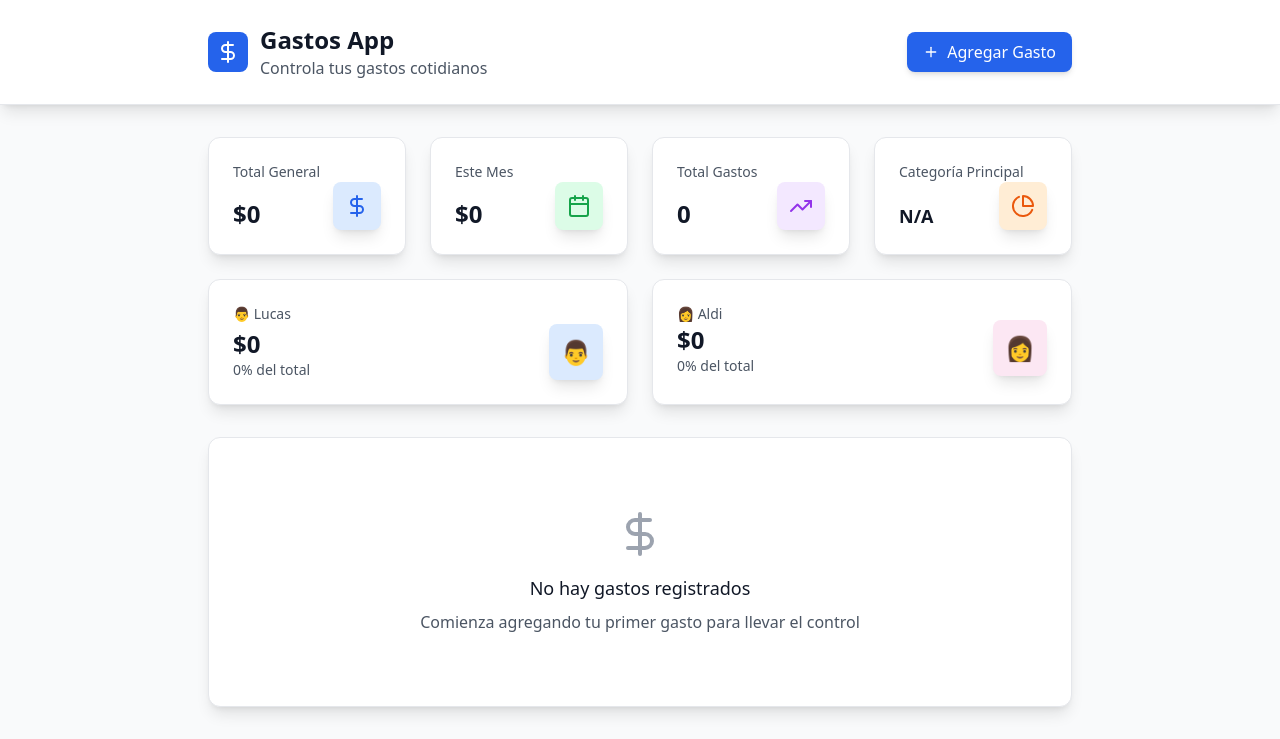
Repository: lucastenaglia/Gastosapp
Page: /
An editor plug-in stored every save of this project. The page is shown before and after the next save, followed by the edit.
The browser window is 1280 px wide. The pictures show the whole page.
The page's requests for data from a server got no answer. The project was rebuilt for these pictures with package versions that can differ from the ones it lists, and the page was loaded fresh each time. No one was signed in, and anything a server would have sent is missing. Also part of the build but not shown: vite.config.js, src/components/ExpenseForm.jsx.

Above is the page before, as saved 2025-08-03 21:36:50.

### index.html
<!DOCTYPE html>
<html lang="es">
  <head>
    <meta charset="UTF-8" />
    <link rel="icon" type="image/svg+xml" href="data:[embedded picture, 125 characters]" />
    <meta name="viewport" content="width=device-width, initial-scale=1.0" />
    <title>Gastos App - Control de Gastos Cotidianos</title>
  </head>
  <body>
    <div id="root"></div>
    <script type="module" src="/src/main.jsx"></script>
  </body>
</html>

### src/App.jsx
import { useState, useEffect } from 'react'
import Header from './components/Header'
import ExpenseForm from './components/ExpenseForm'
import ExpenseList from './components/ExpenseList'
import ExpenseSummary from './components/ExpenseSummary'
import { getExpenses, addExpense, updateExpense, deleteExpense } from './services/expenseService'

function App() {
  const [expenses, setExpenses] = useState([])
  const [isFormOpen, setIsFormOpen] = useState(false)
  const [loading, setLoading] = useState(true)
  const [error, setError] = useState(null)

  // Cargar gastos al iniciar la aplicación
  useEffect(() => {
    loadExpenses()
  }, [])

  // Cerrar modal con Escape
  useEffect(() => {
    const handleEscape = (e) => {
      if (e.key === 'Escape' && isFormOpen) {
        setIsFormOpen(false)
      }
    }

    document.addEventListener('keydown', handleEscape)
    return () => document.removeEventListener('keydown', handleEscape)
  }, [isFormOpen])

  const loadExpenses = async () => {
    try {
      setLoading(true)
      const data = await getExpenses()
      setExpenses(data)
      setError(null)
    } catch (err) {
      setError('Error al cargar los gastos')
      console.error(err)
    } finally {
      setLoading(false)
    }
  }

  const handleAddExpense = async (expense) => {
    try {
      const newExpense = await addExpense(expense)
      setExpenses([newExpense, ...expenses])
      setIsFormOpen(false)
    } catch (err) {
      setError('Error al agregar el gasto')
      console.error(err)
    }
  }

  const handleDeleteExpense = async (id) => {
    try {
      await deleteExpense(id)
      setExpenses(expenses.filter(expense => expense.id !== id))
    } catch (err) {
      setError('Error al eliminar el gasto')
      console.error(err)
    }
  }

  const handleEditExpense = async (id, updatedExpense) => {
    try {
      const updated = await updateExpense(id, updatedExpense)
      setExpenses(expenses.map(expense =>
        expense.id === id ? updated : expense
      ))
    } catch (err) {
      setError('Error al actualizar el gasto')
      console.error(err)
    }
  }

  return (
    <div className="min-h-screen bg-gray-50">
      <Header onAddExpense={() => setIsFormOpen(true)} />

      <main className="container mx-auto px-4 py-8 max-w-4xl">
        {error && (
          <div className="bg-red-100 border border-red-400 text-red-700 px-4 py-3 rounded mb-6">
            {error}
          </div>
        )}

        <ExpenseSummary expenses={expenses} />

        <div className="mt-8">
          <ExpenseList
            expenses={expenses}
            onDelete={handleDeleteExpense}
            onEdit={handleEditExpense}
            loading={loading}
          />
        </div>
      </main>

      {/* Modal Overlay */}
      {isFormOpen && (
        <div
          className="fixed inset-0 bg-black bg-opacity-50 flex items-center justify-center z-50 p-4 animate-in fade-in duration-200"
          onClick={() => setIsFormOpen(false)}
        >
          <div
            className="bg-white rounded-xl shadow-2xl max-w-md w-full mx-4 max-h-[90vh] overflow-y-auto animate-in zoom-in-95 duration-200"
            onClick={(e) => e.stopPropagation()}
          >
            <ExpenseForm
              onSubmit={handleAddExpense}
              onCancel={() => setIsFormOpen(false)}
            />
          </div>
        </div>
      )}
    </div>
  )
}

export default App

### src/index.css
@tailwind base;
@tailwind components;
@tailwind utilities;

@layer base {
  body {
    @apply bg-gray-50 text-gray-900;
  }
}

@layer components {
                .btn-primary {
                @apply bg-primary-600 hover:bg-primary-700 text-white font-medium py-2 px-4 rounded-lg transition-all duration-300 shadow-md hover:shadow-lg hover:-translate-y-0.5 transform;
              }

              .btn-secondary {
                @apply bg-gray-200 hover:bg-gray-300 text-gray-800 font-medium py-2 px-4 rounded-lg transition-all duration-300 shadow-md hover:shadow-lg hover:-translate-y-0.5 transform;
              }

                .input-field {
                @apply w-full px-3 py-2 border border-gray-300 rounded-lg focus:outline-none focus:ring-2 focus:ring-primary-500 focus:border-transparent shadow-sm focus:shadow-md transition-all duration-300;
              }

                            .card {
                @apply bg-white rounded-xl shadow-lg border border-gray-200 p-6 transform transition-all duration-300 hover:shadow-2xl hover:-translate-y-1;
              }

              .modal-enter {
                @apply opacity-0 scale-95;
              }

              .modal-enter-active {
                @apply opacity-100 scale-100 transition-all duration-200 ease-out;
              }

              .modal-exit {
                @apply opacity-100 scale-100;
              }

              .modal-exit-active {
                @apply opacity-0 scale-95 transition-all duration-200 ease-in;
              }
}

### src/components/Header.jsx
import { Plus, DollarSign } from 'lucide-react'

const Header = ({ onAddExpense }) => {
  return (
                    <header className="bg-white shadow-lg border-b border-gray-200">
      <div className="container mx-auto px-4 py-6 max-w-4xl">
        <div className="flex items-center justify-between">
          <div className="flex items-center space-x-3">
            <div className="bg-primary-600 p-2 rounded-lg">
              <DollarSign className="h-6 w-6 text-white" />
            </div>
            <div>
              <h1 className="text-2xl font-bold text-gray-900">Gastos App</h1>
              <p className="text-gray-600">Controla tus gastos cotidianos</p>
            </div>
          </div>

          <button
            onClick={onAddExpense}
            className="btn-primary flex items-center space-x-2"
          >
            <Plus className="h-4 w-4" />
            <span>Agregar Gasto</span>
          </button>
        </div>
      </div>
    </header>
  )
}

export default Header

### src/components/ExpenseList.jsx
import { useState } from 'react'
import { Trash2, Edit, Calendar, DollarSign } from 'lucide-react'

const ExpenseList = ({ expenses, onDelete, onEdit, loading }) => {
  const [editingId, setEditingId] = useState(null)
  const [editForm, setEditForm] = useState({})

  const categoryIcons = {
    comida: '🍽️',
    super: '🛒',
    auto: '🚗',
    entretenimiento: '🎮',
    salud: '💊',
    ropa: '👕',
    hogar: '🏠',
    otros: '📦'
  }

  const categoryColors = {
    comida: 'bg-orange-100 text-orange-800',
    super: 'bg-red-100 text-red-800',
    auto: 'bg-blue-100 text-blue-800',
    entretenimiento: 'bg-purple-100 text-purple-800',
    salud: 'bg-green-100 text-green-800',
    ropa: 'bg-pink-100 text-pink-800',
    hogar: 'bg-yellow-100 text-yellow-800',
    otros: 'bg-gray-100 text-gray-800'
  }

  const handleEdit = (expense) => {
    setEditingId(expense.id)
    setEditForm({
      description: expense.description,
      amount: expense.amount.toString(),
      category: expense.category,
      person: expense.person || 'lucas',
      date: expense.date
    })
  }

  const handleSaveEdit = (id) => {
    onEdit(id, {
      ...editForm,
      amount: parseFloat(editForm.amount)
    })
    setEditingId(null)
    setEditForm({})
  }

  const handleCancelEdit = () => {
    setEditingId(null)
    setEditForm({})
  }

  const formatDate = (dateString) => {
    const date = new Date(dateString)
    return date.toLocaleDateString('es-ES', {
      year: 'numeric',
      month: 'short',
      day: 'numeric'
    })
  }

  if (loading) {
    return (
      <div className="card">
        <div className="text-center py-12">
          <div className="animate-spin rounded-full h-12 w-12 border-b-2 border-primary-600 mx-auto mb-4"></div>
          <h3 className="text-lg font-medium text-gray-900 mb-2">
            Cargando gastos...
          </h3>
          <p className="text-gray-600">
            Conectando con la base de datos
          </p>
        </div>
      </div>
    )
  }

  if (expenses.length === 0) {
    return (
      <div className="card">
        <div className="text-center py-12">
          <DollarSign className="h-12 w-12 text-gray-400 mx-auto mb-4" />
          <h3 className="text-lg font-medium text-gray-900 mb-2">
            No hay gastos registrados
          </h3>
          <p className="text-gray-600">
            Comienza agregando tu primer gasto para llevar el control
          </p>
        </div>
      </div>
    )
  }

  return (
    <div className="card">
      <h2 className="text-xl font-semibold text-gray-900 mb-6">
        Historial de Gastos
      </h2>

      <div className="space-y-3">
        {expenses.map(expense => (
          <div key={expense.id} className="border border-gray-200 rounded-lg p-3 sm:p-4 bg-white shadow-md hover:shadow-xl hover:-translate-y-1 transform transition-all duration-300">
            {editingId === expense.id ? (
              <div className="space-y-3">
                <input
                  type="text"
                  value={editForm.description}
                  onChange={(e) => setEditForm({...editForm, description: e.target.value})}
                  className="input-field"
                />
                <div className="grid grid-cols-1 sm:grid-cols-2 gap-3">
                  <input
                    type="number"
                    value={editForm.amount}
                    onChange={(e) => setEditForm({...editForm, amount: e.target.value})}
                    className="input-field"
                    step="1"
                    min="0"
                  />
                  <select
                    value={editForm.category}
                    onChange={(e) => setEditForm({...editForm, category: e.target.value})}
                    className="input-field"
                  >
                    <option value="comida">🍽️ Comida</option>
                    <option value="super">🛒 Super</option>
                    <option value="auto">🚗 Auto</option>
                    <option value="entretenimiento">🎮 Entretenimiento</option>
                    <option value="salud">💊 Salud</option>
                    <option value="ropa">👕 Ropa</option>
                    <option value="hogar">🏠 Hogar</option>
                    <option value="otros">📦 Otros</option>
                  </select>
                </div>
                <div className="grid grid-cols-1 sm:grid-cols-2 gap-3">
                  <select
                    value={editForm.person}
                    onChange={(e) => setEditForm({...editForm, person: e.target.value})}
                    className="input-field"
                  >
                    <option value="lucas">👨 Lucas</option>
                    <option value="aldi">👩 Aldi</option>
                  </select>
                  <input
                    type="date"
                    value={editForm.date}
                    onChange={(e) => setEditForm({...editForm, date: e.target.value})}
                    className="input-field"
                  />
                </div>
                <div className="flex space-x-2">
                  <button
                    onClick={() => handleSaveEdit(expense.id)}
                    className="btn-primary text-sm flex-1"
                  >
                    Guardar
                  </button>
                  <button
                    onClick={handleCancelEdit}
                    className="btn-secondary text-sm flex-1"
                  >
                    Cancelar
                  </button>
                </div>
              </div>
            ) : (
              <div className="space-y-3">
                {/* Header con icono, descripción y monto */}
                <div className="flex items-start justify-between">
                  <div className="flex items-center space-x-3 flex-1 min-w-0">
                    <div className={`p-2 rounded-lg flex-shrink-0 ${categoryColors[expense.category]}`}>
                      <span className="text-lg">{categoryIcons[expense.category]}</span>
                    </div>

                    <div className="flex-1 min-w-0">
                      <h3 className="font-medium text-gray-900 truncate">
                        {expense.description}
                      </h3>
                      <div className="flex items-center space-x-2 text-sm text-gray-600 mt-1">
                        <span className="flex items-center space-x-1">
                          <Calendar className="h-3 w-3" />
                          <span className="hidden sm:inline">{formatDate(expense.date)}</span>
                          <span className="sm:hidden">{new Date(expense.date).toLocaleDateString('es-ES', { day: '2-digit', month: '2-digit' })}</span>
                        </span>
                        <span className="hidden sm:inline">•</span>
                        <span className="capitalize text-xs sm:text-sm">{expense.category}</span>
                      </div>
                    </div>
                  </div>

                  <div className="flex items-center space-x-2 flex-shrink-0">
                    <span className="text-lg font-semibold text-gray-900">
                      ${expense.amount}
                    </span>

                    <div className="flex space-x-1">
                      <button
                        onClick={() => handleEdit(expense)}
                        className="p-1 text-gray-400 hover:text-blue-600 transition-colors"
                        title="Editar"
                      >
                        <Edit className="h-4 w-4" />
                      </button>
                      <button
                        onClick={() => onDelete(expense.id)}
                        className="p-1 text-gray-400 hover:text-red-600 transition-colors"
                        title="Eliminar"
                      >
                        <Trash2 className="h-4 w-4" />
                      </button>
                    </div>
                  </div>
                </div>

                {/* Información adicional en móvil */}
                <div className="sm:hidden flex items-center justify-between text-sm text-gray-600 border-t pt-2">
                  <span className="flex items-center space-x-1">
                    <span>{expense.person === 'lucas' ? '👨' : '👩'}</span>
                    <span className="capitalize">{expense.person || 'lucas'}</span>
                  </span>
                  <span className="text-xs">
                    {new Date(expense.date).toLocaleDateString('es-ES', { year: 'numeric' })}
                  </span>
                </div>
              </div>
            )}
          </div>
        ))}
      </div>
    </div>
  )
}

export default ExpenseList

### src/components/ExpenseSummary.jsx
import { TrendingUp, Calendar, DollarSign, PieChart } from 'lucide-react'

const ExpenseSummary = ({ expenses }) => {
  const totalExpenses = expenses.reduce((sum, expense) => sum + expense.amount, 0)

  const today = new Date()
  const thisMonth = today.getMonth()
  const thisYear = today.getFullYear()

  const monthlyExpenses = expenses.filter(expense => {
    const expenseDate = new Date(expense.date)
    return expenseDate.getMonth() === thisMonth && expenseDate.getFullYear() === thisYear
  })

  const monthlyTotal = monthlyExpenses.reduce((sum, expense) => sum + expense.amount, 0)

  const categoryTotals = expenses.reduce((acc, expense) => {
    acc[expense.category] = (acc[expense.category] || 0) + expense.amount
    return acc
  }, {})

  const topCategory = Object.entries(categoryTotals).sort(([,a], [,b]) => b - a)[0]

  // Estadísticas por persona
  const personTotals = expenses.reduce((acc, expense) => {
    const person = expense.person || 'lucas'
    acc[person] = (acc[person] || 0) + expense.amount
    return acc
  }, {})

  const lucasTotal = personTotals.lucas || 0
  const aldiTotal = personTotals.aldi || 0

  const formatCurrency = (amount) => {
    return `$${Math.round(amount).toLocaleString('en-US')}`
  }

  return (
    <div className="space-y-4 sm:space-y-6">
      {/* Primera fila - Estadísticas generales */}
      <div className="grid grid-cols-2 lg:grid-cols-4 gap-3 sm:gap-6">
                 {/* Total General */}
         <div className="card relative p-4 sm:p-6">
           <div>
             <p className="text-xs sm:text-sm font-medium text-gray-600">Total General</p>
             <div className="flex items-end justify-between">
               <p className="text-lg sm:text-2xl font-bold text-gray-900">
                 {formatCurrency(totalExpenses)}
               </p>
               <div className="bg-blue-100 p-2 sm:p-3 rounded-lg shadow-lg">
                 <DollarSign className="h-4 w-4 sm:h-6 sm:w-6 text-blue-600" />
               </div>
             </div>
           </div>
         </div>

                 {/* Gastos del Mes */}
         <div className="card relative p-4 sm:p-6">
           <div>
             <p className="text-xs sm:text-sm font-medium text-gray-600">Este Mes</p>
             <div className="flex items-end justify-between">
               <p className="text-lg sm:text-2xl font-bold text-gray-900">
                 {formatCurrency(monthlyTotal)}
               </p>
               <div className="bg-green-100 p-2 sm:p-3 rounded-lg shadow-lg">
                 <Calendar className="h-4 w-4 sm:h-6 sm:w-6 text-green-600" />
               </div>
             </div>
           </div>
         </div>

                 {/* Total de Gastos */}
         <div className="card relative p-4 sm:p-6">
           <div>
             <p className="text-xs sm:text-sm font-medium text-gray-600">Total Gastos</p>
             <div className="flex items-end justify-between">
               <p className="text-lg sm:text-2xl font-bold text-gray-900">
                 {expenses.length}
               </p>
               <div className="bg-purple-100 p-2 sm:p-3 rounded-lg shadow-lg">
                 <TrendingUp className="h-4 w-4 sm:h-6 sm:w-6 text-purple-600" />
               </div>
             </div>
           </div>
         </div>

                 {/* Categoría Principal */}
         <div className="card relative p-4 sm:p-6">
           <div>
             <p className="text-xs sm:text-sm font-medium text-gray-600">Categoría Principal</p>
             <div className="flex items-end justify-between">
               <div>
                 <p className="text-base sm:text-lg font-semibold text-gray-900 capitalize">
                   {topCategory ? topCategory[0] : 'N/A'}
                 </p>
                 {topCategory && (
                   <p className="text-xs sm:text-sm text-gray-600">
                     {formatCurrency(topCategory[1])}
                   </p>
                 )}
               </div>
               <div className="bg-orange-100 p-2 sm:p-3 rounded-lg shadow-lg">
                 <PieChart className="h-4 w-4 sm:h-6 sm:w-6 text-orange-600" />
               </div>
             </div>
           </div>
         </div>
      </div>

      {/* Segunda fila - Estadísticas por persona */}
      <div className="grid grid-cols-1 sm:grid-cols-2 gap-3 sm:gap-6">
                 {/* Gastos de Lucas */}
         <div className="card relative p-4 sm:p-6">
           <div>
             <p className="text-xs sm:text-sm font-medium text-gray-600">👨 Lucas</p>
             <div className="flex items-end justify-between">
               <div>
                 <p className="text-lg sm:text-2xl font-bold text-gray-900">
                   {formatCurrency(lucasTotal)}
                 </p>
                 <p className="text-xs sm:text-sm text-gray-600">
                   {totalExpenses > 0 ? `${((lucasTotal / totalExpenses) * 100).toFixed(1)}%` : '0%'} del total
                 </p>
               </div>
               <div className="bg-blue-100 p-2 sm:p-3 rounded-lg shadow-lg">
                 <span className="text-lg sm:text-2xl">👨</span>
               </div>
             </div>
           </div>
         </div>

                 {/* Gastos de Aldi */}
         <div className="card relative p-4 sm:p-6">
           <div className="flex items-end justify-between">
             <div>
               <p className="text-xs sm:text-sm font-medium text-gray-600">👩 Aldi</p>
               <p className="text-lg sm:text-2xl font-bold text-gray-900">
                 {formatCurrency(aldiTotal)}
               </p>
               <p className="text-xs sm:text-sm text-gray-600">
                 {totalExpenses > 0 ? `${((aldiTotal / totalExpenses) * 100).toFixed(1)}%` : '0%'} del total
               </p>
             </div>
             <div className="bg-pink-100 p-2 sm:p-3 rounded-lg shadow-lg">
               <span className="text-lg sm:text-2xl">👩</span>
             </div>
           </div>
         </div>
      </div>
    </div>
  )
}

export default ExpenseSummary

### src/lib/supabase.js
import { createClient } from '@supabase/supabase-js'

// Configuración de Supabase
const supabaseUrl = 'https://tiarifmkqcayodakifqu.supabase.co'
const supabaseAnonKey = 'eyJhbGciOiJIUzI1NiIsInR5cCI6IkpXVCJ9.eyJpc3MiOiJzdXBhYmFzZSIsInJlZiI6InRpYXJpZm1rcWNheW9kYWtpZnF1Iiwicm9sZSI6ImFub24iLCJpYXQiOjE3NTQyMzYxMzcsImV4cCI6MjA2OTgxMjEzN30.qJr6Xvo0UF5_XPq4UWidASjwgjcWPFJ8CqR6mAHSsTU'

export const supabase = createClient(supabaseUrl, supabaseAnonKey)

### tailwind.config.js
/** @type {import('tailwindcss').Config} */
export default {
  content: [
    "./index.html",
    "./src/**/*.{js,ts,jsx,tsx}",
  ],
  theme: {
    extend: {
      colors: {
        primary: {
          50: '#eff6ff',
          500: '#3b82f6',
          600: '#2563eb',
          700: '#1d4ed8',
        }
      }
    },
  },
  plugins: [],
}

Loaded but not shown: src/main.jsx (common file); src/services/expenseService.js (78 lines, source omitted)

After the next save:
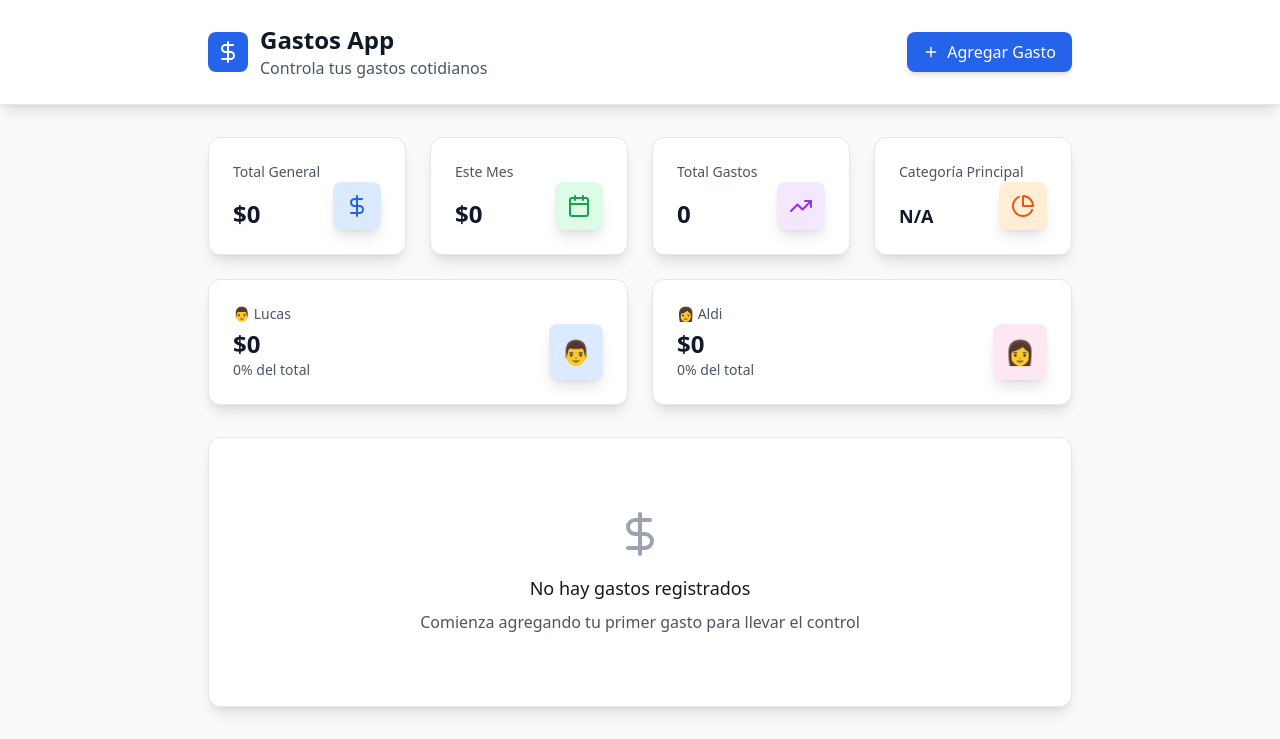
Saved 11 s later.
--- a/src/components/ExpenseSummary.jsx
+++ b/src/components/ExpenseSummary.jsx
@@ -131,18 +131,20 @@ const ExpenseSummary = ({ expenses }) => {
 
                  {/* Gastos de Aldi */}
          <div className="card relative p-4 sm:p-6">
-           <div className="flex items-end justify-between">
-             <div>
-               <p className="text-xs sm:text-sm font-medium text-gray-600">👩 Aldi</p>
-               <p className="text-lg sm:text-2xl font-bold text-gray-900">
-                 {formatCurrency(aldiTotal)}
-               </p>
-               <p className="text-xs sm:text-sm text-gray-600">
-                 {totalExpenses > 0 ? `${((aldiTotal / totalExpenses) * 100).toFixed(1)}%` : '0%'} del total
-               </p>
-             </div>
-             <div className="bg-pink-100 p-2 sm:p-3 rounded-lg shadow-lg">
-               <span className="text-lg sm:text-2xl">👩</span>
+           <div>
+             <p className="text-xs sm:text-sm font-medium text-gray-600">👩 Aldi</p>
+             <div className="flex items-end justify-between">
+               <div>
+                 <p className="text-lg sm:text-2xl font-bold text-gray-900">
+                   {formatCurrency(aldiTotal)}
+                 </p>
+                 <p className="text-xs sm:text-sm text-gray-600">
+                   {totalExpenses > 0 ? `${((aldiTotal / totalExpenses) * 100).toFixed(1)}%` : '0%'} del total
+                 </p>
+               </div>
+               <div className="bg-pink-100 p-2 sm:p-3 rounded-lg shadow-lg">
+                 <span className="text-lg sm:text-2xl">👩</span>
+               </div>
              </div>
            </div>
          </div>
